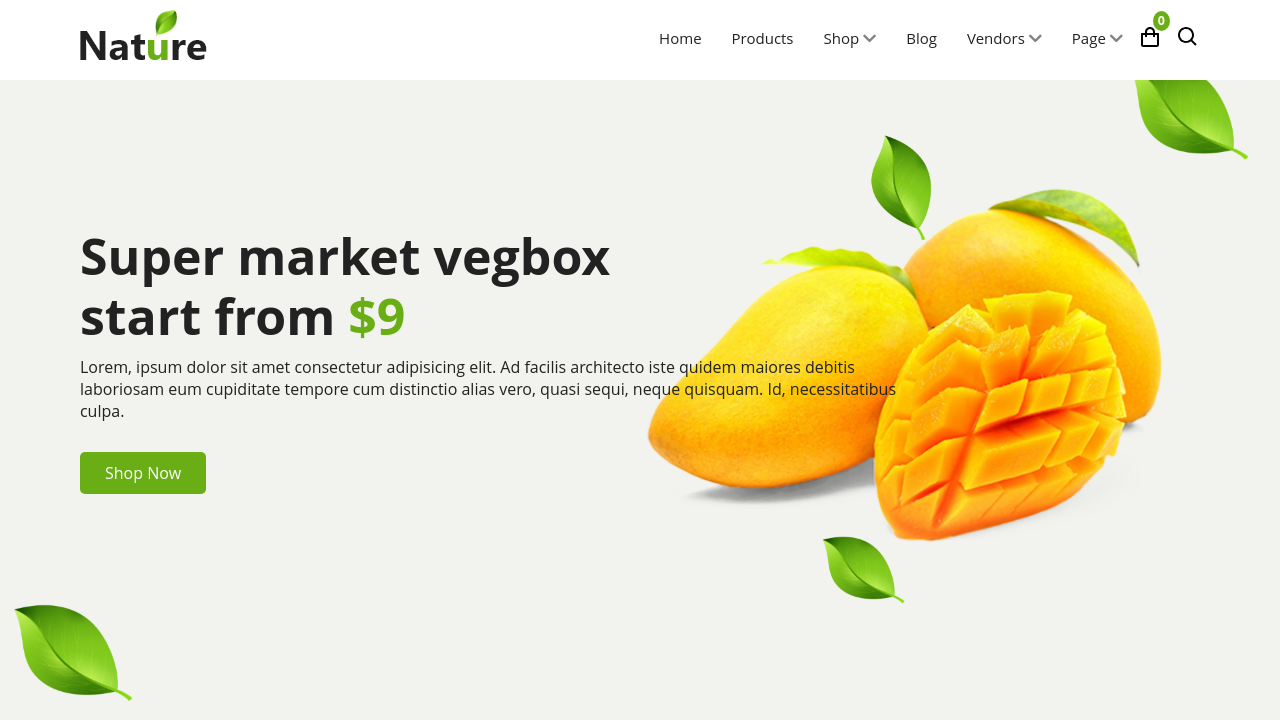
Repository: hoanggiainfomation/hoanggiainfomation.github.io
Page: index.html
These files come from the project's save history. The page is drawn as it stood at one moment and after the next save; the edit follows.
The browser window is 1280 px wide. The pictures show the whole page.
Some web libraries are served in a nearby version.

Above is the page before, as saved 2021-08-17 19:54:46.

### index.html
<!DOCTYPE html>
<html lang="en">
  <head>
    <meta charset="UTF-8" />
    <meta name="viewport" content="width=device-width, initial-scale=1.0" />
    <!-- Favicon -->
    <link rel="shortcut icon" href="./images/favicon.png" type="image/png" />
    <!-- Font Awesome -->
    <link
      rel="stylesheet"
      href="https://cdnjs.cloudflare.com/ajax/libs/font-awesome/5.15.1/css/all.min.css"
    />
    <!-- ======== Swiper Js ======= -->
    <link
      rel="stylesheet"
      href="https://cdnjs.cloudflare.com/ajax/libs/Swiper/6.7.5/swiper-bundle.min.css"
    />

    <!-- Boxicons -->
    <link
      href="https://unpkg.com/boxicons@2.0.8/css/boxicons.min.css"
      rel="stylesheet"
    />
    <!-- Custom StyleSheet -->
    <link rel="stylesheet" href="./styles.css" />
    <title>Codevo - Ecommerce Website</title>
  </head>
  <body>
    <!-- Navigation -->
    <nav class="nav">
      <div class="wrapper container">
        <div class="logo">
          <a href="">
            <img src="./images/logo.png" alt="" />
          </a>
        </div>
        <ul class="nav-list show">
          <div class="top">
            <label for="" class="btn close-btn"
              ><i class="fas fa-times"></i
            ></label>
          </div>
          <li><a href="index.html">Home</a></li>
          <li><a href="products.html">Products</a></li>
          <li>
            <a href="" class="desktop-item"
              >Shop <span><i class="fas fa-chevron-down"></i></span
            ></a>
            <input type="checkbox" id="showMega" />
            <label for="showMega" class="mobile-item"
              >Shop <span><i class="fas fa-chevron-down"></i></span
            ></label>
            <div class="mega-box">
              <div class="content">
                <div class="row">
                  <img src="./images/nav.png" alt="" />
                </div>
                <div class="row">
                  <header>Shop Layout</header>
                  <ul class="mega-links">
                    <li><a href="#">Shop With Background</a></li>
                    <li><a href="#">Shop Mini Categories</a></li>
                    <li><a href="#">Shop Only Categories</a></li>
                    <li><a href="#">Shop Icon Categories</a></li>
                  </ul>
                </div>
                <div class="row">
                  <header>Filter Layout</header>
                  <ul class="mega-links">
                    <li><a href="#">Sidebar</a></li>
                    <li><a href="#">Filter Default</a></li>
                    <li><a href="#">Filter Drawer</a></li>
                    <li><a href="#">Filter Dropdown</a></li>
                  </ul>
                </div>
                <div class="row">
                  <header>Product Layout</header>
                  <ul class="mega-links">
                    <li><a href="#">Layout Zoom</a></li>
                    <li><a href="#">Layout Sticky</a></li>
                    <li><a href="#">Layout Sticky 2</a></li>
                    <li><a href="#">Layout Scroll</a></li>
                  </ul>
                </div>
              </div>
            </div>
          </li>
          <li><a href="">Blog</a></li>
          <li>
            <a href="" class="desktop-item"
              >Vendors <span><i class="fas fa-chevron-down"></i></span
            ></a>
            <input type="checkbox" id="showdrop1" />
            <label for="showdrop1" class="mobile-item"
              >Vendors <span><i class="fas fa-chevron-down"></i></span
            ></label>
            <ul class="drop-menu1">
              <li><a href="">Vendor Store listings</a></li>
              <li><a href="">Store Details</a></li>
            </ul>
          </li>

          <li>
            <a href="" class="desktop-item"
              >Page <span><i class="fas fa-chevron-down"></i></span
            ></a>
            <input type="checkbox" id="showdrop2" />
            <label for="showdrop2" class="mobile-item"
              >Page <span><i class="fas fa-chevron-down"></i></span
            ></label>
            <ul class="drop-menu2">
              <li><a href="">About</a></li>
              <li><a href="">Contact</a></li>
              <li><a href="">Faq</a></li>
              <li><a href="">Page 404</a></li>
            </ul>
          </li>
          <!-- icons -->
          <li class="icons">
            <a href="cart.html">
              <span>
                <img src="./images/shoppingBag.svg" alt="" />
                <small class="count d-flex">0</small>
              </span>
            </a>
            <span><img src="./images/search.svg" alt="" /></span>
          </li>
        </ul>
        <label for="" class="btn open-btn"><i class="fas fa-bars"></i></label>
      </div>
    </nav>
    <!-- Hero -->
    <div class="hero">
      <div class="row">
        <!-- Swiper -->
        <div class="swiper-container slider-1">
          <div class="swiper-wrapper">
            <div class="swiper-slide">
              <img src="./images/hero-1.png" alt="" />
              <div class="content">
                <h1>
                  Super market vegbox
                  <br />
                  start from
                  <span>$9</span>
                </h1>
                <p>
                  Lorem, ipsum dolor sit amet consectetur adipisicing elit. Ad
                  facilis architecto iste quidem maiores debitis laboriosam eum
                  cupiditate tempore cum distinctio alias vero, quasi sequi,
                  neque quisquam. Id, necessitatibus culpa.
                </p>
                <a href="">Shop Now</a>
              </div>
            </div>
            <div class="swiper-slide">
              <img src="./images/hero-2.png" alt="" />
              <div class="content">
                <h1>
                  You first Order
                  <br />
                  start from
                  <span>20% off</span>
                  at Juice
                </h1>
                <p>
                  Lorem, ipsum dolor sit amet consectetur adipisicing elit. Ad
                  facilis architecto iste quidem maiores debitis laboriosam eum
                  cupiditate tempore cum distinctio alias vero, quasi sequi,
                  neque quisquam. Id, necessitatibus culpa.
                </p>
                <a href="">Shop Now</a>
              </div>
            </div>
            <div class="swiper-slide">
              <img src="./images/hero-3.png" alt="" />
              <div class="content">
                <h1>
                  Super market vegbox
                  <br />
                  start from
                  <span>$9</span>
                </h1>
                <p>
                  Lorem, ipsum dolor sit amet consectetur adipisicing elit. Ad
                  facilis architecto iste quidem maiores debitis laboriosam eum
                  cupiditate tempore cum distinctio alias vero, quasi sequi,
                  neque quisquam. Id, necessitatibus culpa.
                </p>
                <a href="">Shop Now</a>
              </div>
            </div>
          </div>
          <!-- <div class="swiper-button-next"></div>
        <div class="swiper-button-prev"></div> -->
        </div>
      </div>
      <!-- Carousel Navigation -->
      <div class="arrows d-flex">
        <div class="swiper-prev d-flex">
          <i class="bx bx-chevrons-left swiper-icon"></i>
        </div>
        <div class="swiper-next d-flex">
          <i class="bx bx-chevrons-right swiper-icon"></i>
        </div>
      </div>
    </div>
    <!-- Collertions -->

    <!-- ======== SwiperJS ======= -->
    <script src="https://cdnjs.cloudflare.com/ajax/libs/Swiper/6.7.5/swiper-bundle.min.js"></script>
    <!-- Custom Scripts -->
    <script src="./js/slider.js"></script>
    <script src="./js/index.js"></script>
  </body>
</html>

### styles.css
:root {
  --primary: #69ae14;
  --white: #fff;
  --black: #222;
  --grey1: #3a3b3c;
  --grey2: #828282;
}

*,
*::before,
*::after {
  margin: 0;
  padding: 0;
  box-sizing: inherit;
}

@import url("https://fonts.googleapis.com/css2?family=Open+Sans:wght@400;600;700&display=swap");

html {
  box-sizing: border-box;
  font-size: 62.5%;
}

body {
  font-family: "Open Sans", sans-serif;
  font-size: 1.6rem;
  background-color: var(--white);
  color: var(--black);
  font-weight: 400;
}

h1,
h2,
h3,
h4,
h5 {
  font-weight: 600;
}

a {
  text-decoration: none;
  color: inherit;
}

li {
  list-style: none;
}

.container {
  max-width: 114rem;
  margin: 0 auto;
}

@media (max-width: 1200px) {
  .container {
    padding: 0 3rem;
  }
}

@media (max-width: 768px) {
  .container {
    max-width: 60rem;
  }
}

.d-flex {
  display: flex;
  align-items: center;
}

nav {
  position: fixed;
  top: 0;
  left: 0;
  width: 100%;
  z-index: 999;
  background-color: var(--white);
  height: 8rem;
  line-height: 8rem;
}

.nav.fix-nav {
  width: 100%;
  box-shadow: 0 5px 15px rgba(0, 0, 0, 0.3);
  z-index: 999;
}

nav .wrapper {
  display: flex;
  align-items: center;
  justify-content: space-between;
  position: relative;
  height: 100%;
}

.wrapper .logo {
  height: 100%;
}

.wrapper .logo a {
  display: flex;
  align-items: center;
  justify-content: center;
  height: 100%;
}

.wrapper .nav-list {
  display: inline-flex;
}

.nav-list li i {
  color: var(--grey2);
}
/* .nav-list li i::after {
  content: "";
  position: absolute;
  top: 0;
  right: 0;
  width: 10px;
  height: 10px;
} */

.nav-list a {
  color: var(--black);
  font-size: 1.5rem;
  padding: 0.9rem 1.5rem;
  border-radius: 0.5rem;
  transition: all 300ms ease;
}

.nav-list li a:hover {
  color: var(--primary);
}

.nav-list .drop-menu1,
.nav-list .drop-menu2 {
  box-shadow: 0 0 2px rgba(0, 0, 0, 0.1);
  width: 20rem;
  top: 8.5rem;
  line-height: 4.5rem;
  position: absolute;
  background-color: var(--white);
  opacity: 0;
  visibility: hidden;
  transition: all 300ms ease;
}

.nav-list .drop-menu1 li a,
.nav-list .drop-menu2 li a {
  display: block;
  font-size: 1.5rem;
  width: 100%;
  padding: 0 0 0 1.5rem;
  border-radius: 0;
  color: var(--grey2);
}

.nav-list .drop-menu1 li a:hover,
.nav-list .drop-menu2 li a:hover {
  color: var(--primary);
}

.nav-list li:hover .drop-menu1,
.nav-list li:hover .drop-menu2,
.nav-list li:hover .mega-box {
  opacity: 1;
  visibility: visible;
  top: 6.5rem;
}

.mega-box {
  box-shadow: 0 0 2px rgba(0, 0, 0, 0.1);
  position: absolute;
  top: 8.5rem;
  left: 0;
  width: 100%;
  padding: 0 3rem;
  background-color: var(--white);
  opacity: 0;
  visibility: hidden;
  transition: all 300ms ease;
}

.mega-box .content {
  padding: 2.5rem 2rem;
  display: flex;
  width: 100%;
  justify-content: space-between;
}

.mega-box .content .row {
  width: calc(25% - 3rem);
  line-height: 4.5rem;
}

.content .row img {
  width: 100%;
  height: 100%;
  object-fit: cover;
}

.content .row header {
  font-size: 1.6rem;
  font-weight: 700;
  color: var(--grey1);
}

.content .row .mega-links {
  border-left: 1px solid rgba(255, 255, 255, 0.09);
  margin-left: -4rem;
}

.content .row li {
  padding: 0 2rem;
}

.content .row li a {
  padding: 0 2rem;
  display: block;
  font-size: 1.5rem;
  color: var(--grey2);
}

.content .row li a:hover {
  color: var(--primary);
}

.nav-list .mobile-item {
  display: none;
}

.nav-list input {
  display: none;
}

.wrapper .btn {
  color: var(--white);
  font-size: 2rem;
  cursor: pointer;
  display: none;
}

.nav-list .icons span {
  display: inline-block;
  margin: 0.5rem 1rem 0 0;
  position: relative;
}

.nav-list .icons a {
  padding: 0;
  display: inline-block;
}

.nav-list .icons .count {
  justify-content: center;
  position: absolute;
  top: 0.8rem;
  right: -0.8rem;
  background-color: var(--primary);
  height: 2rem;
  padding: 0.5rem;
  color: var(--white);
  font-weight: 700;
  border-radius: 50%;
}

@media (max-width: 968px) {
  .wrapper .nav-list {
    position: fixed;
    top: 0;
    left: -100%;
    height: 100%;
    width: 100%;
    max-width: 35rem;
    background-color: var(--white);
    display: block;
    overflow-y: auto;
    line-height: 5rem;
    box-shadow: 0 1.5rem 1.5rem rgba(0, 0, 0, 0.1);
    transition: all 300ms linear;
  }

  .wrapper .nav-list.show {
    left: 0;
  }

  .nav-list li {
    margin: 1.5rem 1rem;
  }

  .nav-list a {
    display: block;
    font-size: 1.8rem;
    padding: 0 2rem;
    color: var(--black);
  }

  .nav-list .drop-menu1,
  .nav-list .drop-menu2 {
    position: static;
    opacity: 1;
    visibility: visible;
    top: 6.5rem;
    padding-left: 2rem;
    width: 100%;
    max-height: 0;
    overflow: hidden;
  }

  #showdrop1:checked ~ .drop-menu1,
  #showdrop2:checked ~ .drop-menu2,
  #showMega:checked ~ .mega-box {
    max-height: 100%;
  }

  .nav-list .drop-menu1 li,
  .nav-list .drop-menu2 li {
    margin: 0;
  }

  .nav-list .drop-menu1 li a,
  .nav-list .drop-menu2 li a {
    color: var(--grey2);
    font-size: 1.5rem;
  }

  .nav-list .desktop-item {
    display: none;
  }

  .nav-list .mobile-item {
    display: block;
    font-size: 1.8rem;
    padding-left: 2rem;
    color: var(--black);
    cursor: pointer;
    border-radius: 0.5rem;
  }

  .nav-list .mobile-item:hover {
    color: var(--primary);
  }

  .mega-box {
    position: static;
    top: 6.5rem;
    padding: 0 2rem;
    opacity: 1;
    visibility: visible;
    max-height: 0;
    overflow: hidden;
    transition: all 300ms ease;
  }

  .mega-box .content {
    flex-direction: column;
    padding: 2rem 2rem 0 2rem;
  }

  .mega-box .content .row {
    width: 100%;
    border-top: 1px solid rgba(255, 255, 255, 0.09);
    margin-bottom: 1.5rem;
  }

  .content .row:nth-child(1),
  .content .row:nth-child(2) {
    border-top: 0;
  }

  .content .row .mega-links {
    border-left: 0;
    padding-left: 2rem;
  }

  .row .mega-links li {
    margin: 0;
  }

  .wrapper .btn {
    display: block;
    color: var(--black);
  }

  .nav-list .top {
    position: relative;
    display: block;
    background-color: var(--primary);
    width: 100%;
    height: 8rem;
  }

  .nav-list .close-btn {
    position: absolute;
    top: 1.5rem;
    right: 2.5rem;
    color: var(--white);
  }

  .nav-list .icons {
    padding-left: 2rem;
  }
}
/* Hero */
.hero {
  height: 100vh;
  position: relative;
  overflow: hidden;
}

.swiper-container,
.hero .row {
  width: 100%;
  height: 100%;
}

.hero .row {
  position: relative;
}

.hero .row img {
  height: 100%;
  width: 100%;
  object-fit: cover;
}

.hero .row .content {
  position: absolute;
  top: 50%;
  left: 80px;
  transform: translateY(-50%);
}

.hero .row .content h1 {
  line-height: 1.2;
  font-size: 5rem;
  font-weight: 700;
}

.hero .row .content span {
  color: var(--primary);
}

.hero .row .content p {
  margin: 1rem 0 1rem;
  width: 70%;
}

.hero .row .content a {
  display: inline-block;
  color: var(--white);
  background-color: var(--primary);
  border-radius: 5px;
  padding: 1rem 2.5rem;
  margin-top: 2rem;
}

.swiper-slide-active .content h1 {
  animation: movebottom 1s ease-in-out;
}

.swiper-slide-active .content a {
  animation: movetop 1s ease-in-out;
}

.swiper-slide-active .content p {
  animation: moveleft 1s ease-in-out;
}
@keyframes movebottom {
  0% {
    transform: translateY(-100px);
    opacity: 0;
  }
  100% {
    transform: translateY(0px);
    opacity: 1;
  }
}
@keyframes movetop {
  0% {
    transform: translateY(-100px);
    opacity: 0;
  }
  100% {
    transform: translateY(0px);
    opacity: 1;
  }
}
@keyframes moveleft {
  0% {
    transform: translateX(-100px);
    opacity: 0;
  }
  100% {
    transform: translateX(0px);
    opacity: 1;
  }
}
.hero .arrows {
  position: absolute;
  top: 50%;
  transform: translateY(-50%);
  width: 100%;
  z-index: 10;
  visibility: hidden;
  transition: all 500ms ease-in-out;
}
.hero:hover .arrows {
  visibility: visible;
  opacity: 1;
}
.arrows .swiper-prev,
.arrows .swiper-next {
  position: absolute;
  padding: 0.5rem 0.7rem;
  background-color: var(--primary);
  border-radius: 5px;
  color: var(--white);
  cursor: pointer;
}
.arrows .swiper-prev {
  left: 20px;
}
.arrows .swiper-next {
  right: 20px;
}
@media screen and (max-width: 567px) {
  .hero .row .content {
    left: 20px;
  }
  .hero .row .content h1 {
    font-size: 3rem;
  }
}

### js/slider.js
const swiper1 = new Swiper(".slider-1", {
  autuplay: {
    delay: 3500,
    disableOnInteraction: false,
  },
  grapbCursor: true,
  effect: "fade",
  loop: true,
  navigator: {
    nextEl: ".swiper-next",
    pervEl: ".swiper-prev",
  },
});

### js/index.js
const openNav = document.querySelector(".open-btn");
const closeNav = document.querySelector(".close-btn");
const menu = document.querySelector(".nav-list");

openNav.addEventListener("click", () => {
  menu.classList.add("show");
});
closeNav.addEventListener("click", () => {
  menu.classList.remove("show");
});

After the next save:
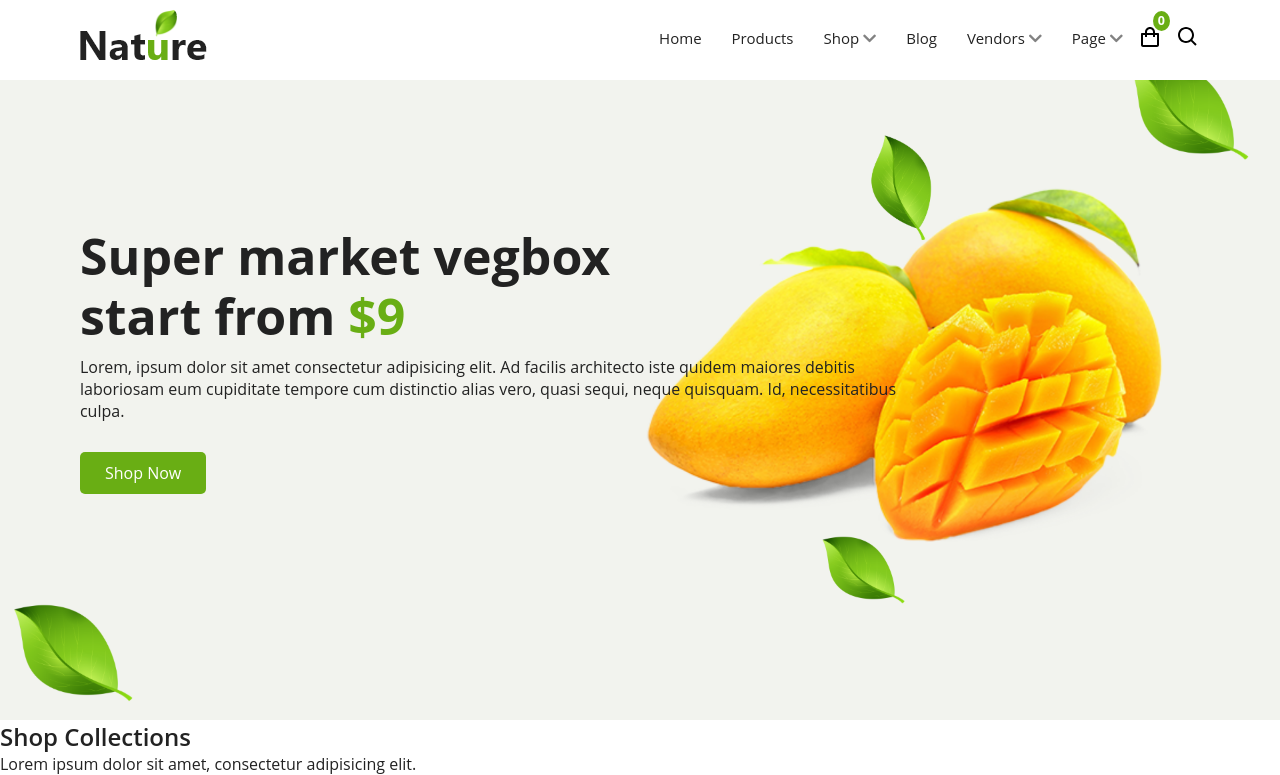
Saved 116 s later.
--- a/index.html
+++ b/index.html
@@ -206,7 +206,12 @@
       </div>
     </div>
     <!-- Collertions -->
-
+    <section class="section collection">
+      <div class="title">
+        <h2>Shop Collections</h2>
+        <span>Lorem ipsum dolor sit amet, consectetur adipisicing elit.</span>
+      </div>
+    </section>
     <!-- ======== SwiperJS ======= -->
     <script src="https://cdnjs.cloudflare.com/ajax/libs/Swiper/6.7.5/swiper-bundle.min.js"></script>
     <!-- Custom Scripts -->
